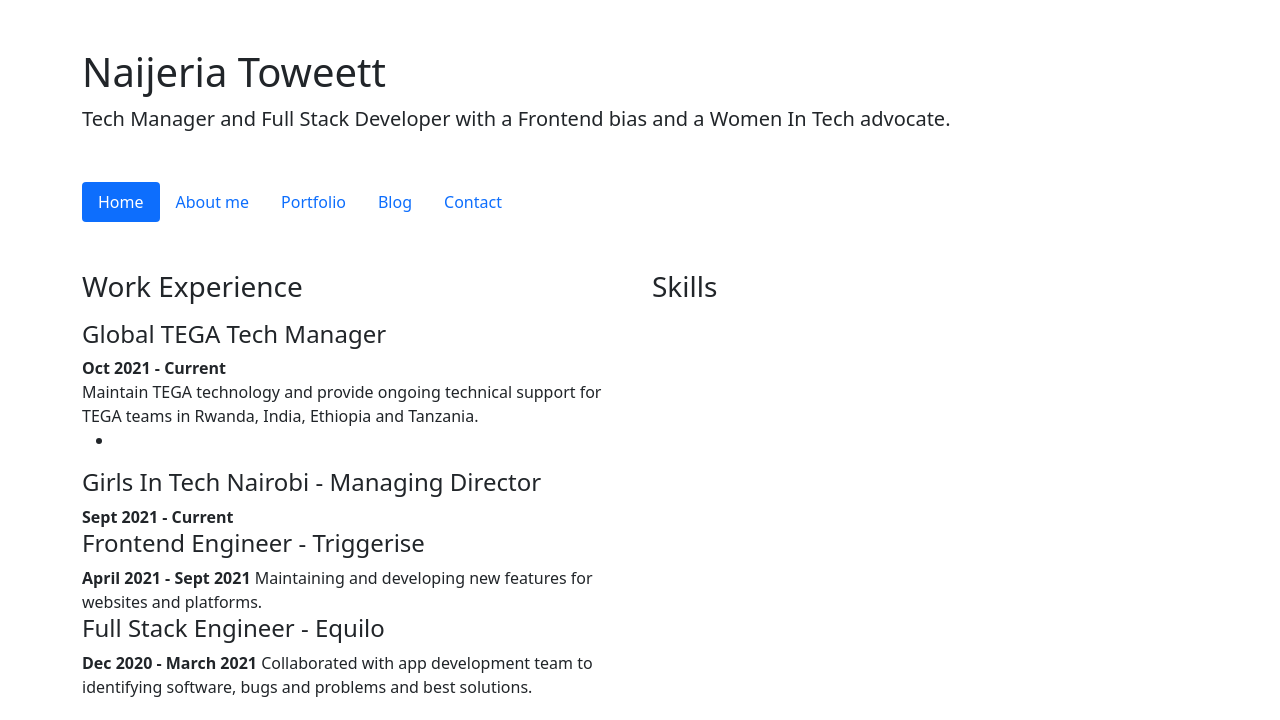
Repository: mamatechafrica/portfolio
Page: index.html
An editor plug-in stored every save of this project. The page is shown before and after a run of saves, followed by the edit.
The browser window is 1280 px wide. The pictures show the whole page.

Above is the page before, as saved 2022-01-04 14:19:19.

### index.html
<!doctype html>
<html lang="en">
    <head>
        <!-- Required meta tags -->
        <meta charset="utf-8">
        <meta name="viewport" content="width=device-width, initial-scale=1">

        <!-- Bootstrap CSS -->
        <link href="https://cdn.jsdelivr.net/npm/bootstrap@5.0.2/dist/css/bootstrap.min.css" rel="stylesheet" integrity="sha384-EVSTQN3/azprG1Anm3QDgpJLIm9Nao0Yz1ztcQTwFspd3yD65VohhpuuCOmLASjC" crossorigin="anonymous">

        <title>NashTheCoder portfolio</title>
    </head>
    <body>
        <div class="container my-5">
            <h1>Naijeria Toweett</h1>
            <p class="lead">
                Tech Manager and Full Stack Developer with a Frontend bias and a Women In Tech advocate.
            </p>
        </div>

        <div class="container">
            <nav>
                <ul class="nav nav-pills ">
                    <li class="nav-item">
                        <a class="nav-link active" aria-current="page" href="#">Home</a>
                    </li>
                    <li class="nav-item">
                        <a class="nav-link" href="#">About me</a>
                    </li>
                    <li class="nav-item">
                        <a class="nav-link" href="#">Portfolio</a>
                    </li>
                    <li class="nav-item">
                        <a class="nav-link" href="https://mumlovestech.com/" target="blank">Blog</a>
                    </li>
                    <li class="nav-item">
                        <a class="nav-link" href="#">Contact</a>
                    </li>
                </ul>
            </nav>
        </div>

        <div class="container mt-5">
            <div class="row">
                <div class="col">
                    <h3 class="mb-3">Work Experience</h3>
                    <h4>Global TEGA Tech Manager</h4>
                    <div>
                        <strong>Oct 2021 - Current</strong>
                    </div>
                        Maintain TEGA technology and provide ongoing technical support for TEGA teams in Rwanda, India, Ethiopia and Tanzania.
                    <ul>
                        <li></li>
                    </ul>
                    <h4>Girls In Tech Nairobi - Managing Director</h4>
                    <div>
                        <strong>Sept 2021 - Current</strong>
                    </div>
                    <h4>Frontend Engineer - Triggerise</h4>
                    <div>
                        <strong>April 2021 - Sept 2021</strong>
                        Maintaining and developing new features for websites and platforms.
                    </div>
                    <h4>Full Stack Engineer - Equilo</h4>
                    <div>
                        <strong>Dec 2020 - March 2021</strong>
                        Collaborated with app development team to identifying software, bugs and problems and best solutions.
                    </div>
                </div>
                <div class="col">
                    <h3 class="mb-3">Skills</h3>
                </div>
            </div>
        </div>

        <!-- Optional JavaScript; choose one of the two! -->

        <!-- Option 1: Bootstrap Bundle with Popper -->
        <script src="https://cdn.jsdelivr.net/npm/bootstrap@5.0.2/dist/js/bootstrap.bundle.min.js" integrity="sha384-MrcW6ZMFYlzcLA8Nl+NtUVF0sA7MsXsP1UyJoMp4YLEuNSfAP+JcXn/tWtIaxVXM" crossorigin="anonymous"></script>

        <!-- Option 2: Separate Popper and Bootstrap JS -->
        <!--
        <script src="https://cdn.jsdelivr.net/npm/@popperjs/core@2.9.2/dist/umd/popper.min.js" integrity="sha384-IQsoLXl5PILFhosVNubq5LC7Qb9DXgDA9i+tQ8Zj3iwWAwPtgFTxbJ8NT4GN1R8p" crossorigin="anonymous"></script>
        <script src="https://cdn.jsdelivr.net/npm/bootstrap@5.0.2/dist/js/bootstrap.min.js" integrity="sha384-cVKIPhGWiC2Al4u+LWgxfKTRIcfu0JTxR+EQDz/bgldoEyl4H0zUF0QKbrJ0EcQF" crossorigin="anonymous"></script>
        -->
    </body>
</html>

After the next 2 saves:
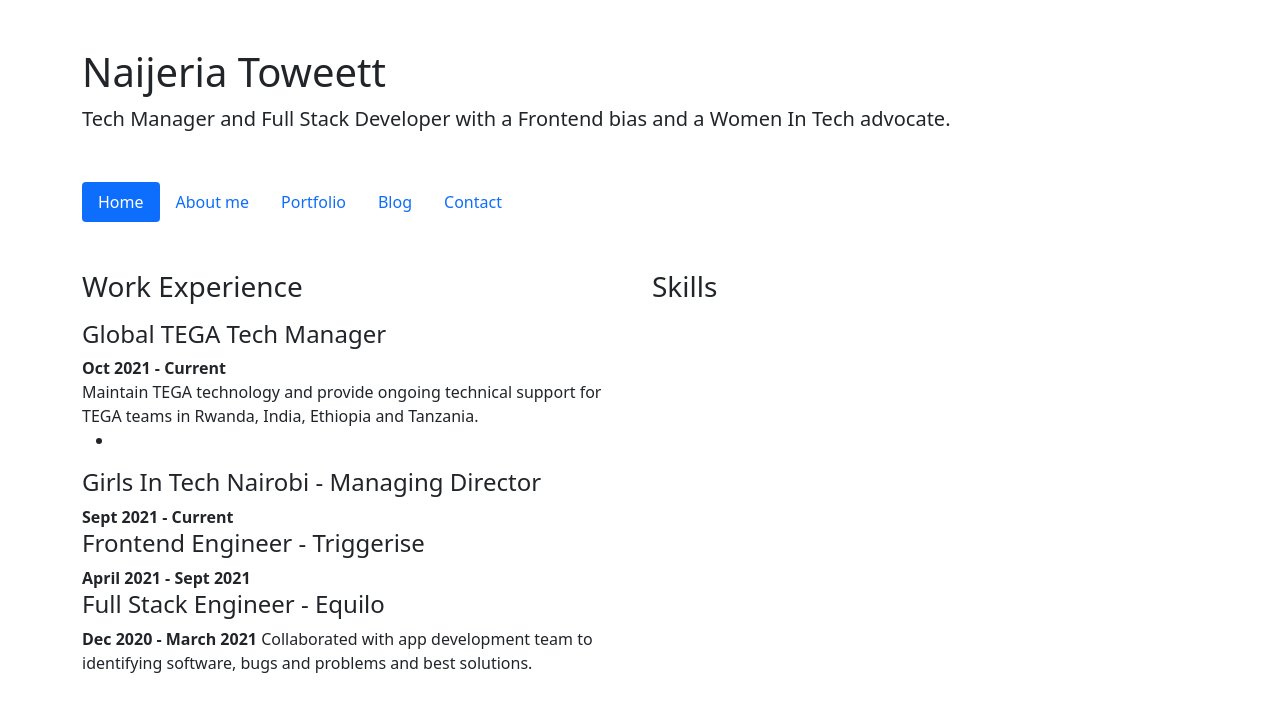
The 2 saves are shown as one change because they came seconds apart.
The last was saved 23 s later.
--- a/index.html
+++ b/index.html
@@ -59,8 +59,8 @@
                     <h4>Frontend Engineer - Triggerise</h4>
                     <div>
                         <strong>April 2021 - Sept 2021</strong>
-                        Maintaining and developing new features for websites and platforms.
                     </div>
+
                     <h4>Full Stack Engineer - Equilo</h4>
                     <div>
                         <strong>Dec 2020 - March 2021</strong>
